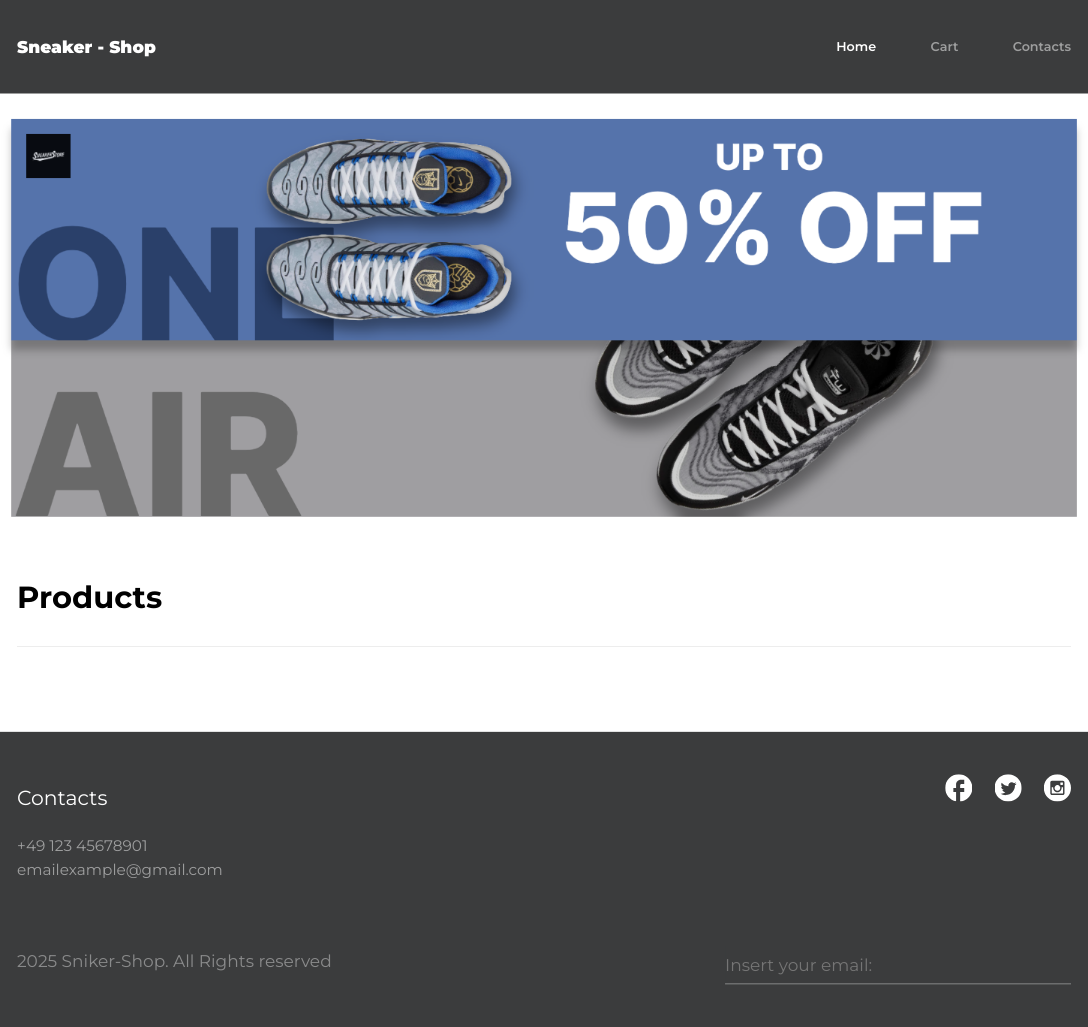
Repository: IstratiiNik/sneaker-shop
Page: /
These files come from the project's save history. The page is drawn as it stood at one moment and after a run of saves; the edit follows.
The browser window is 1280 px wide. The pictures show the whole page, at 85% of full size.
The page's requests for data from a server got no answer. The project was rebuilt for these pictures with package versions that can differ from the ones it lists, and the page was loaded fresh each time. No one was signed in, and anything a server would have sent is missing. Also part of the build but not shown: vite.config.js, src/components/ProductCard/ProductCard.module.scss, src/components/ProductCard/ProductCard.jsx.

Above is the page before, as saved 2025-07-01 19:51:46.

After the next 4 saves:
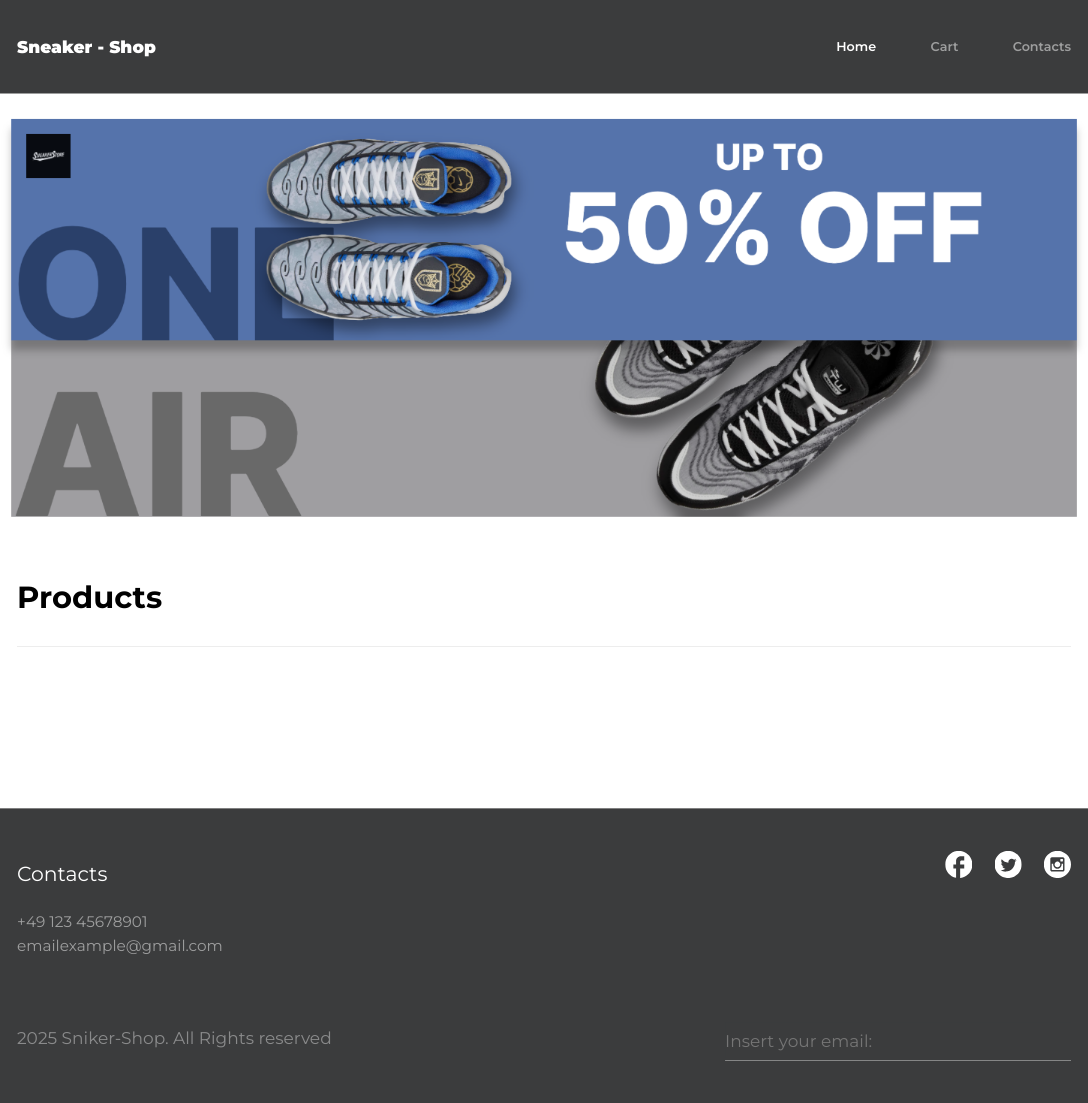
The 4 saves are shown as one change because 1 did not build or start and some came seconds apart.
The last was saved 44 s later.
--- a/src/components/Main/Main.module.scss
+++ b/src/components/Main/Main.module.scss
@@ -22,4 +22,6 @@
   grid-column-gap: 130px;
   grid-row-gap: 100px;
   grid-template-columns: repeat(auto-fit, minmax(300px, 1fr));
+
+  padding: 45px 0;
 }
